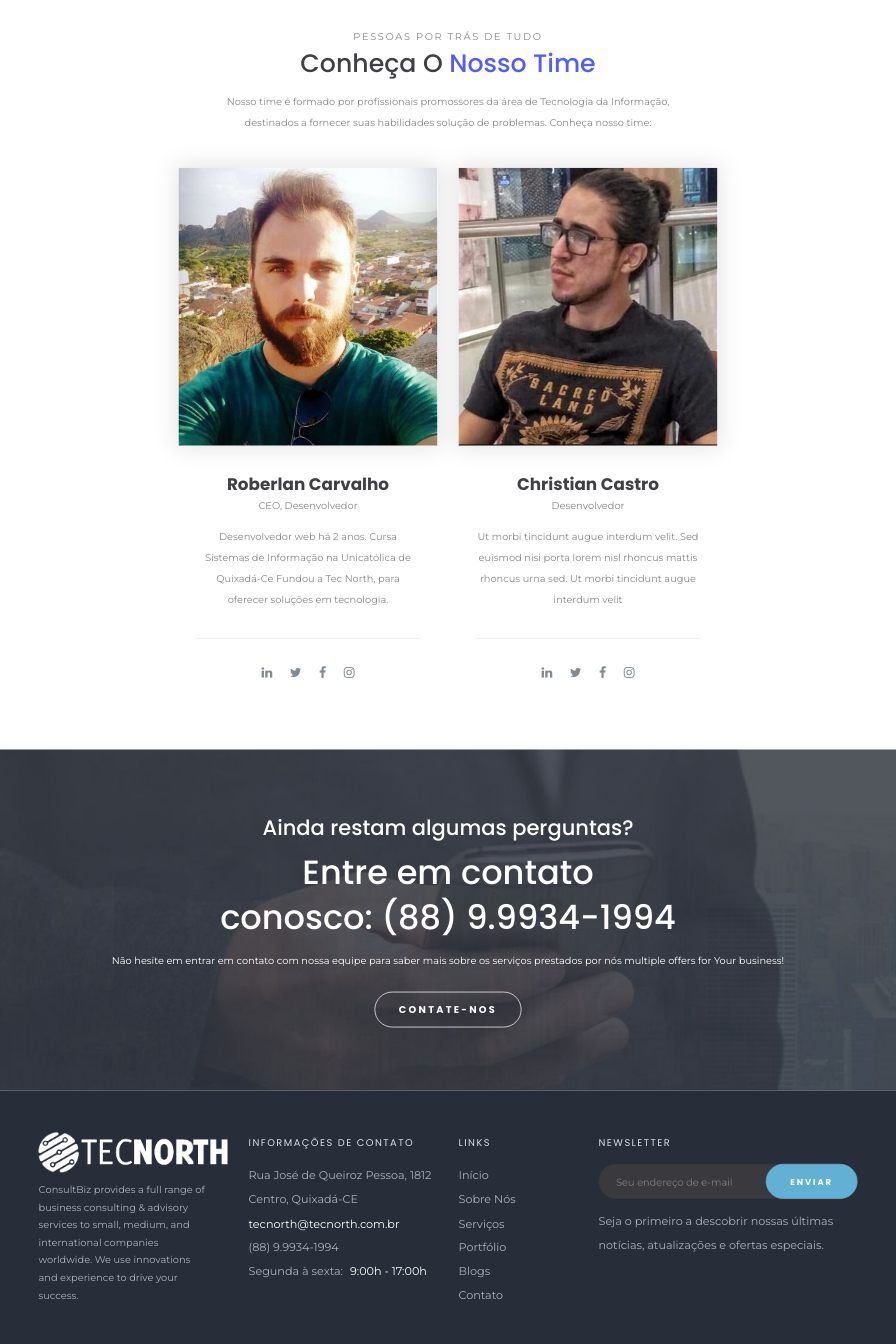
Repository: roberlancarvalho/tecnorth.com.br
Page: sobre.html
These files come from the project's save history. The page is drawn as it stood at one moment and after the next save; the edit follows.
The browser window is 1280 px wide. The pictures show the part of the page from y = 1524 to 3444 px (the page is 3572 px tall), at 70% of full size.

Above is the page before, as saved 2020-06-02 00:51:36.

After the next save:
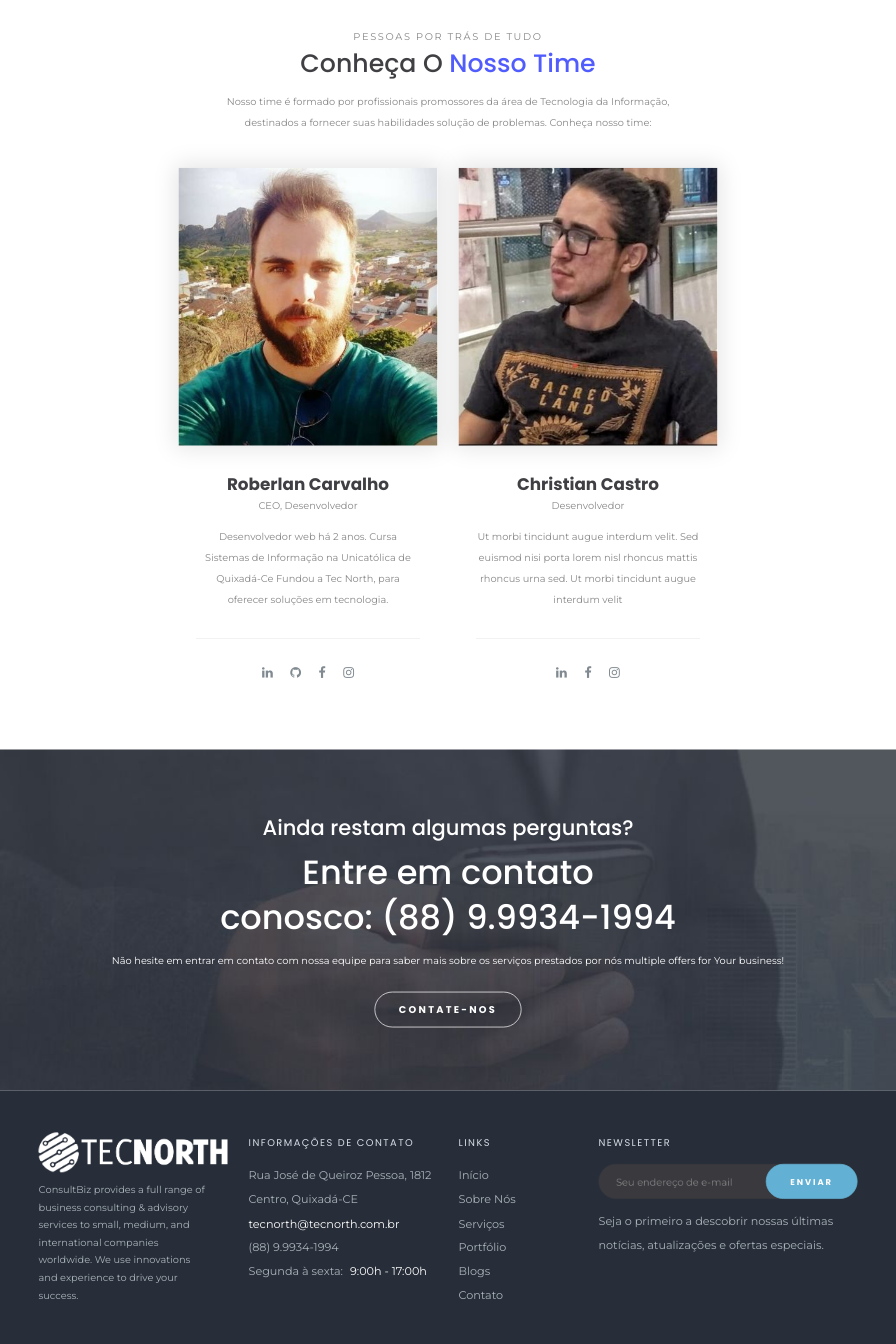
Saved 4 min 55 s later.
--- a/sobre.html
+++ b/sobre.html
@@ -227,8 +227,8 @@
                   North, para oferecer soluções em tecnologia.</p>
                 <hr class="offset-top-40" />
                 <ul class="justify-content-center social-links offset-top-30">
-                  <li><a class="fa fa-linkedin" href="#"></a></li>
-                  <li><a class="fa fa fa-twitter" href="#"></a></li>
+                  <li><a class="fa fa-linkedin" href="https://www.linkedin.com/in/roberlancarvalho/"></a></li>
+                  <li><a class="fa fa fa-github" href="#"></a></li>
                   <li><a class="fa fa-facebook" href="#"></a></li>
                   <li><a class="fa fa-instagram" href="#"></a></li>
                 </ul>
@@ -246,8 +246,7 @@
                   urna sed. Ut morbi tincidunt augue interdum velit</p>
                 <hr class="offset-top-40" />
                 <ul class="justify-content-center social-links offset-top-30">
-                  <li><a class="fa fa-linkedin" href="#"></a></li>
-                  <li><a class="fa fa fa-twitter" href="#"></a></li>
+                  <li><a class="fa fa-linkedin" href="https://www.linkedin.com/in/christian-castro-664b03189/"></a></li>
                   <li><a class="fa fa-facebook" href="#"></a></li>
                   <li><a class="fa fa-instagram" href="#"></a></li>
                 </ul>
